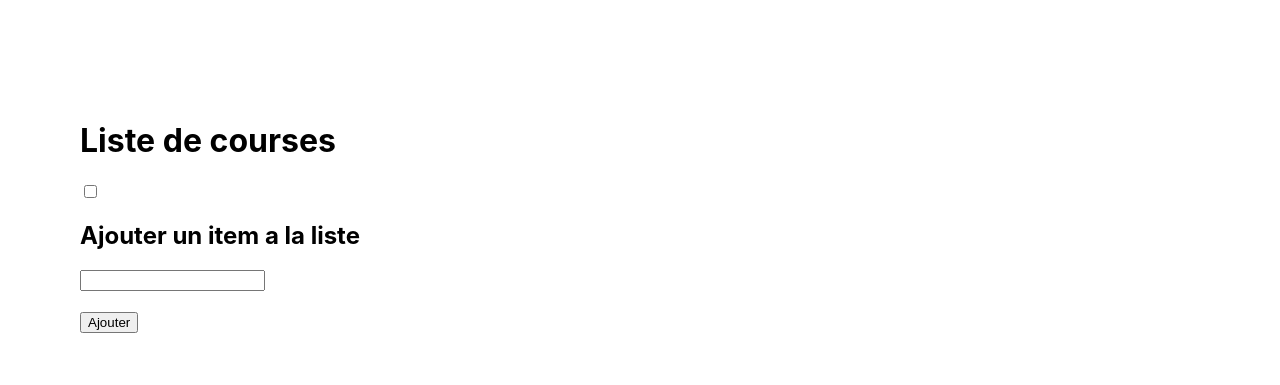
Repository: Retroscilo/partiel-js
Page: /, after clicking the first element matching `button`
These files come from the project's save history. The page is drawn as it stood at one moment and after the next save; the edit follows.
The browser window is 1280 px wide. The pictures show the whole page.
The project was rebuilt for these pictures with package versions that can differ from the ones it lists, and the page was loaded fresh each time.

Above is the page before, as saved 2022-02-23 09:19:04.

### src/App.jsx
import logo from "./logo.svg";
import "./App.css";
import React, { useState } from "react";
import Item from "./Item";

function App() {
  const [inputValue, setInputValue] = useState();
  const [items, setItems] = useState([]);

  const addItem = (e) => {
    e.preventDefault();
    const newItems = [...items, inputValue];
    setItems(newItems)
  };
  return (
    <div className="App">
      <h1>Liste de courses</h1>
      {items.map(item => (
        <Item item={item} />
      ))}
      <div>
        <h2>Ajouter un item a la liste</h2>
        <input type="text" onChange={e => setInputValue(e.target.value)} style={{display: 'block', marginBottom: "20px"}} />
        <button onClick={addItem}>Ajouter</button>
      </div>
    </div>
  );
}

export default App;

### src/App.css
.App {
  max-width: 1120px;
  margin: auto;
  padding: 100px 75px;
}

.App-logo {
  height: 40vmin;
  pointer-events: none;
}

@media (prefers-reduced-motion: no-preference) {
  .App-logo {
    animation: App-logo-spin infinite 20s linear;
  }
}

.App-header {
  background-color: #282c34;
  min-height: 100vh;
  display: flex;
  flex-direction: column;
  align-items: center;
  justify-content: center;
  font-size: calc(10px + 2vmin);
  color: white;
}

.App-link {
  color: #61dafb;
}

@keyframes App-logo-spin {
  from {
    transform: rotate(0deg);
  }
  to {
    transform: rotate(360deg);
  }
}

### src/Item.jsx
import React, { useState } from "react";

const Item = ({ item }) => {
  const [isCheck, setIsCheck]  =useState(false)
  return (
    <div style={{ display: "flex", alignItems: "center" }}>
      <input type="checkbox" />
      {item}
    </div>
  );
};

export default Item;

Loaded but not shown: public/index.html (common file); src/index.js (common file); src/index.css (common file); src/reportWebVitals.js (common file)

After the next save:
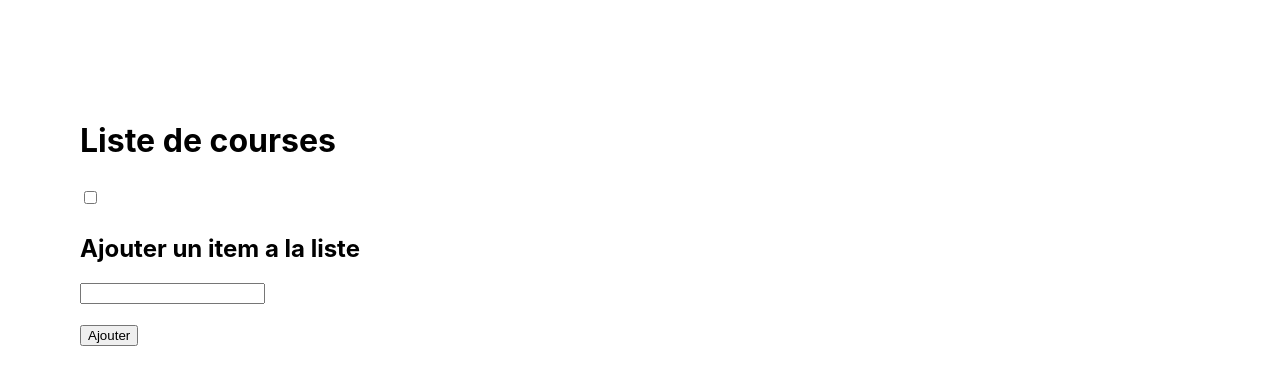
Saved 41 s later.
--- a/src/Item.jsx
+++ b/src/Item.jsx
@@ -1,11 +1,11 @@
 import React, { useState } from "react";
 
 const Item = ({ item }) => {
-  const [isCheck, setIsCheck]  =useState(false)
+  const [isCheck, setIsCheck] = useState(false);
   return (
     <div style={{ display: "flex", alignItems: "center" }}>
-      <input type="checkbox" />
-      {item}
+      <input onChange={() => setIsCheck(!isCheck)} type="checkbox" />
+      <p style={{  }}>{item}</p>
     </div>
   );
 };

After the 2 saves that followed:
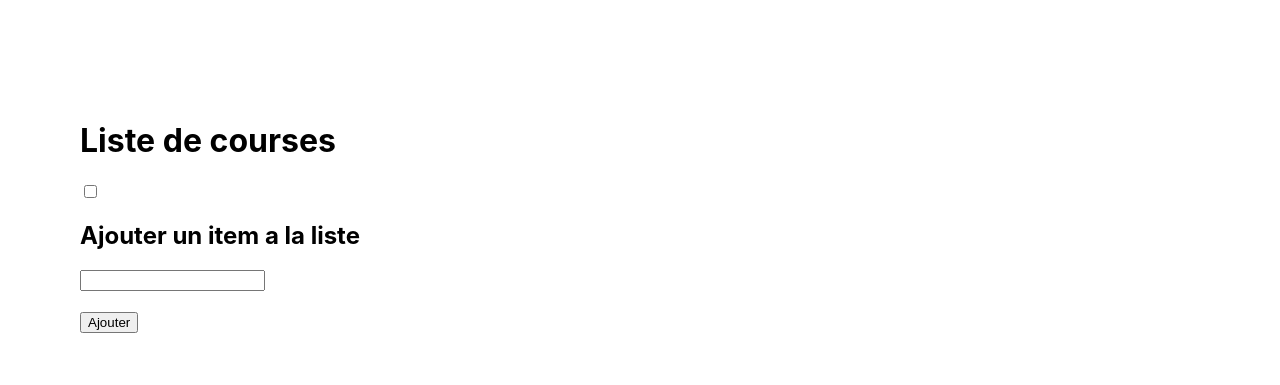
The 2 saves are shown as one change because 1 left the picture as it was.
The last was saved 2 min 2 s later.
--- a/src/Item.jsx
+++ b/src/Item.jsx
@@ -5,7 +5,7 @@
   return (
     <div style={{ display: "flex", alignItems: "center" }}>
       <input onChange={() => setIsCheck(!isCheck)} type="checkbox" />
-      <p style={{  }}>{item}</p>
+      <p style={{ textDecoration: isCheck ? 'line-through' : 'none', margin: 0 }}>{item}</p>
     </div>
   );
 };
